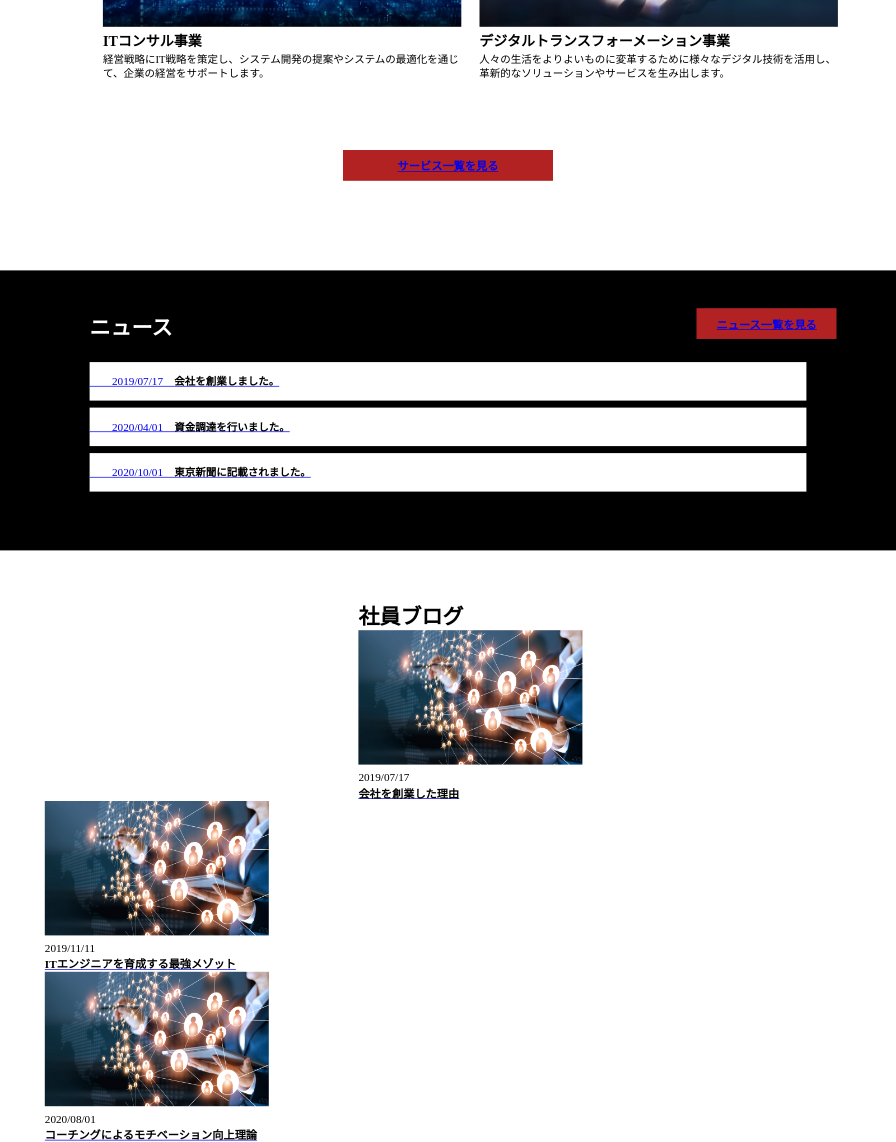
Repository: sigemasaasuka/20211012sigemasa
Page: index.html
The author's editor kept a copy of each file at every save. The page is drawn from the files as they stood at one save, then again after a run of saves.
The browser window is 1280 px wide. The pictures show the part of the page from y = 1626 to 3546 px (the page is 3258 px tall before and 3546 px after), at 70% of full size.

Above is the page before, as saved 2021-10-19 17:56:21.

### index.html
<!DOCTYPE html>
<html lang="ja">

<head>
  <meta charset="UTF-8">
  <meta name="viewport" content="width=device-width, initial-scale=1.0">
  <title>Document</title>

    <link rel="stylesheet" href="css/reset.css">
    <link rel="stylesheet" href="css/index.css">
</head>
<body>
  <header class="header">
    <div class="header-logo">
      <img class="logo" src="img/logo.png" alt="logo">
    </div>
    <nav class="header-nav">
      <ul class="header-nav-list">
        <li class="header-nav-item"><a href="index.html">ホーム</a></li>
        <li class="header-nav-item"><a href="service.html">事業内容</a></li>
        <li class="header-nav-item"><a href="news.html">ニュース</a></li>
        <li class="header-nav-item"><a href="blog.html">社員ブログ</a></li>
        <li class="header-nav-item"><a href="company.html">会社概要</a></li>
        <li class="header-nav-item"><a href="recruit.html">採用情報</a></li>
        <li class="header-nav-item"><a href="contact.html">お問い合わせ</a></li>
      </ul>
    </nav>
  </header>
  <div class="home">
  <div class="home-photo">
    <div class="home-title">
    <p>最新のテクノロジーで社会課題を解決</p>
      <div class="home-title2">
      <p>Solving　issues　with　the　latest　technology</p>
     </div>
    </div>
    </div>
    </div>
    <div class="home-color">
      <div class="hope">
        <p><br><br>株式会社TECHの想い</p>
        <div class="hope2">
          <p>あらゆる産業において、新たなデジタル技術を使ってこれまでにないビジネスモデルを展開する新規参加者が登場し、ゲームチェンジが起ころうとしています。こうした<br>中で、各企業は、競争力維持・強化のために、DXを迅速に進めていくことが求められています。しかし、DXにおいて投資コストは非常にかかります。株式会社TECHでは<br>独自のオペレーションと人材教育により、他社よりも価格を抑えた開発を行います。</p>
        </div>
      </div>
    </div>
    <div class="service">
      <p>サービス</p>
      </div>
      <div class="png1">
      <div class="service1">
        <img  src="img/service1.png"  alt="service1">
        <div class="it">
        <p>IT人材育成事業</p>
        <div class="it2">
        <p>これまでに培った教育手法を生かして、短期間で即戦力のIT人材を育成します。</p>
        </div>
      </div>
      </div>
      <div class="service2">
      <img  src="img/service2.png" alt="service2">
      <div class="coach">
        <p>コーチング事業</p>
        <div class="coach2">
          <p>目標達成を最短で実現するために、プロのコーチによるマンツーマンのサポートを実施します</p>
        </div>
      </div>
      </div>
      </div>
      <div class="png2">
      <div class="service3">
        <img src="img/service3.png" alt="service3">
        <div class="Consultant">
          <p>ITコンサル事業</p>
          <div class="Consultant2">
            <p>経営戦略にIT戦略を策定し、システム開発の提案やシステムの最適化を通じて、企業の経営をサポートします。</p>
          </div>
        </div>
      </div>
      <div class="service4">
        <img src="img/service4.png" alt="service4">
        <div class="formation">
          <p>デジタルトランスフォーメーション事業</p>
          <div class="formation2">
            <p>人々の生活をよりよいものに変革するために様々なデジタル技術を活用し、革新的なソリューションやサービスを生み出します。</p>
          </div>
        </div>
      </div>
      </div>
      <div class="list">
        <a href="service.html">サービス一覧を見る</a>
      </div>
      <div class="news">
        <div class="nesw-list">
          <div class="news-font">
          <p>ニュース</p></div>
          <div class="news-button">
            <a href="news.html">ニュース一覧を見る</a>
          </div>
        </div>
        <div class="news-info1">
          <a href="index.html">　　2019/07/17　<span class="co">会社を創業しました。</span></a></div>
          <div class="news-info2">
          <a href="index.html">　　2020/04/01　<span class="fund">資金調達を行いました。</span></a></div>
          <div class="news-info3">
          <a href="index.html">　　2020/10/01　<span class="newspaper">東京新聞に記載されました。</span></a></div>
      </div>
      <div class="blog">
        <p>社員ブログ</p>
        </div>
        <div class="reason">
        <div class="reason-png">
          <a href="index.html">
            <img src="img/blog.png" alt="blog">
          </a>
          <p class="reason1">2019/07/17</p>
          <a href="index.html"><p class="reason2">会社を創業した理由</p></a>
        </div>
        </div>
        <div class="nurturing">
        <div class="nurturing-png">
          <a href="index.html">
            <img src="img/blog.png" alt="blog">
          </a>
          <p class="nurturing1">2019/11/11</p>
          <a href="index.html">
            <p class="nurturing2">ITエンジニアを育成する最強メゾット</p>
          </a>
        </div>
      </div>
      <div class="coaching">
        <div class="coaching-png">
        <a href="index.html">
          <img src="img/blog.png" alt="blog">
        </a>
        <p class="coaching1">2020/08/01</p>
        <a href="index.html">
          <p class="coaching2">コーチングによるモチベーション向上理論</p>
        </a>
        </div>
        </div>


<script src="js/main.js"></script>
</body>
</html>

### css/reset.css
@charset "UTF-8";
html, body, div, span, applet, object, iframe,
h1, h2, h3, h4, h5, h6, p, blockquote, pre,
a, abbr, acronym, address, big, cite, code,
del, dfn, em, img, ins, kbd, q, s, samp,
small, strike, strong, sub, sup, tt, var,
b, u, i, center,
dl, dt, dd, ol, ul, li,
fieldset, form, label, legend,
table, caption, tbody, tfoot, thead, tr, th, td,
article, aside, canvas, details, embed,
figure, figcaption, footer, header, hgroup,
menu, nav, output, ruby, section, summary,
time, mark, audio, video {
margin: 0;
padding: 0;
border: none;
font-style: normal;
text-align: left;
zoom: 1;
}
article, aside, details, figcaption, figure,
footer, header, hgroup, menu, nav, section {
display: block;
}
table {
border-collapse: collapse;
font-family: inherit;
}
h1,h2,h3,h4,h5 {
font-size: 100%;
font-weight: normal;
line-height: 1;
}
input,textarea,select {
font-family: inherit;
font-size: 16px;
}
input[type="button"],input[type="text"],input[type="submit"] {
 -webkit-appearance: none;
 border-radius: 0;
}
textarea {
resize: none;
-webkit-appearance: none;
border-radius: 0;
}
th,td {
border-collapse: collapse;
}
table th,table td {
white-space: nowrap;
}
ul,ol {
list-style-type: none;
}
img {
vertical-align: text-bottom;
vertical-align: -webkit-baseline-middle;
max-width: 100%;
height: auto;
width /***/:auto;
}

### css/index.css
.logo {
  text-decoration: none;
  color: inherit;
  width: 50%;
}
.header {
  width: 100%;
  display: flex;
  justify-content: space-between;
  align-items: center;
  height: 70px;
  padding: 0 30px;
  position: fixed;
  box-sizing: border-box;
  background-color: #fff;
  color: #000;
}

.a {
  text-decoration: none;
}

.header-ttl {
  font-size: 24px;
  width: 80px;
}

.header-nav-list {
  display: flex;
  font-weight: bold;
}

.header-nav-item:not(:last-child) {
  margin-right: 30px;
}

.home-photo {
  position: relative;
  padding-top: calc(250 / 683 * 100%); /* calc(画像高さ ÷ 画像横幅 × 100%) */
  background: url(../img/mv.png) center center / cover no-repeat;
}

.home-title {
  display: flex;
  flex-direction: column;
  position: absolute;
  font-size: 50px;
  margin-left: 20%;
  top: 40%;
  font-weight: bolder;
  color: #fff;
}

.home-title2 {
  display: flex;
  position: absolute;
  font-size: 20px;
  margin-top: 45px;
  margin-left: 23%;
  top: 40%;
  font-weight: bold;
  color: #fff;
}

.home-color {
  background-color: #000;
  height: 300px;
}

.hope {
  top: 30%;
  display: flex;
  flex-direction: column;
  font-weight: bolder;
  font-size: 30px;
  margin-left: 10%;
  color: #fff;
}

.hope2 {
  display: flex;
  font-size: 15px;
  margin-top: 20px;
  font-weight: normal;
  color: #fff;
}

.service {
  margin-top: 5%;
  margin-left: 45%;
  font-size: 35px;
  font-weight: bolder;
}

.png1 {
  display: flex;
  justify-content: center;
}

.service1 {
  margin-top: 5%;
  margin-left: 5%;
  width: 40%;
}

.it {
  margin-top: 1%;
  font-size: 20px;
  font-weight: bolder;
}

.it2 {
  font-size: 15px;
  font-weight: normal;
}

.service2 {
  margin-top: 3%;
  margin-left: 2%;
  width: 40%;
}

.coach {
  margin-top: 1%;
  font-size: 20px;
  font-weight: bolder;
}

.coach2 {
  font-size: 15px;
  font-weight: normal;
}

.png2 {
  display: flex;
  justify-content: center;
}

.service3 {
  margin-top: 2%;
  margin-left: 5%;
  width: 40%;
}

.Consultant {
  margin-top: 1%;
  font-size: 20px;
  font-weight: bolder;
}

.Consultant2 {
  font-size: 15px;
  font-weight: normal;
}

.service4 {
  margin-top: 2%;
  margin-left: 2%;
  width: 40%;
}

.formation {
  margin-top: 1%;
  font-size: 20px;
  font-weight: bolder;
}

.formation2 {
  font-size: 15px;
  font-weight: normal;
}

.list {
  width: 300px;
  padding: 10px 0;
  color: #fff;
  font-weight: bold;
  background: #b22222;
  text-align: center;
  margin: 100px auto 0;
  display: block;
}

.news {
  margin-top: 10%;
  background-color: #000;
  height: 400px;
}

.nesw-list {
  margin-left: 10%;
  display: flex;
  justify-content: flex-start;
  align-items: center;
}

.news-font {
  font-weight: bold;
  font-size: 30px;
  color: #fff;
  margin-top: 5%;
}

.news-button {
  color: #fff;
  margin-top: 50px;
  margin-left: 65%;
  width: 200px;
  padding: 10px 0;
  font-weight: bold;
  background: #b22222;
  text-align: center;
  display: block;
}

.news-info1 {
  margin-top: 30px;
  margin-left: 10%;
  width: 80%;
  height: 35px;
  padding: 10px 0;
  background: #fff;
  line-height: 35px;
  display: block;
  color: #000;
}
.co {
  font-size: 15px;
  font-weight: bold;
  color: #000;
}

.news-info2 {
  margin-top: 10px;
  margin-left: 10%;
  width: 80%;
  height: 35px;
  padding: 10px 0;
  background: #fff;
  line-height: 35px;
  display: block;
  color: #000;
}
.fund {
  font-size: 15px;
  font-weight: bold;
  color: #000;
}

.news-info3 {
  margin-top: 10px;
  margin-left: 10%;
  width: 80%;
  height: 35px;
  padding: 10px 0;
  background: #fff;
  line-height: 35px;
  display: block;
  color: #000;
}
.newspaper {
  font-size: 15px;
  font-weight: bold;
  color: #000;
}

.blog {
  margin-top: 70px;
  margin-left: 40%;
  font-size: 30px;
  font-weight: bolder;
}

.reason{
  display: flex;
  justify-content: center;
}
.reason-png {
  width: 25%;
  margin-left: 5%;
}

.reason1{
  margin-top: 10px;
  color: #000;
}

.reason2 {
  font-weight: bolder;
  color: #000;
}

.nurturing-png {
  width: 25%;
  margin-left: 5%;
}

.nurturing1 {
  margin-top: 10px;
  color: #000;
}

.nurturing2 {
  font-weight: bolder;
  color: #000;
}

.coaching-png {
  width: 25%;
  margin-left: 5%;
}

.coaching1 {
  margin-top: 10px;
  color: #000;
}

.coaching2 {
  font-weight: bolder;
  color: #000;
}

Loaded but not shown: js/main.js (no stored copy; drawn as an empty file)

After the next 2 saves:
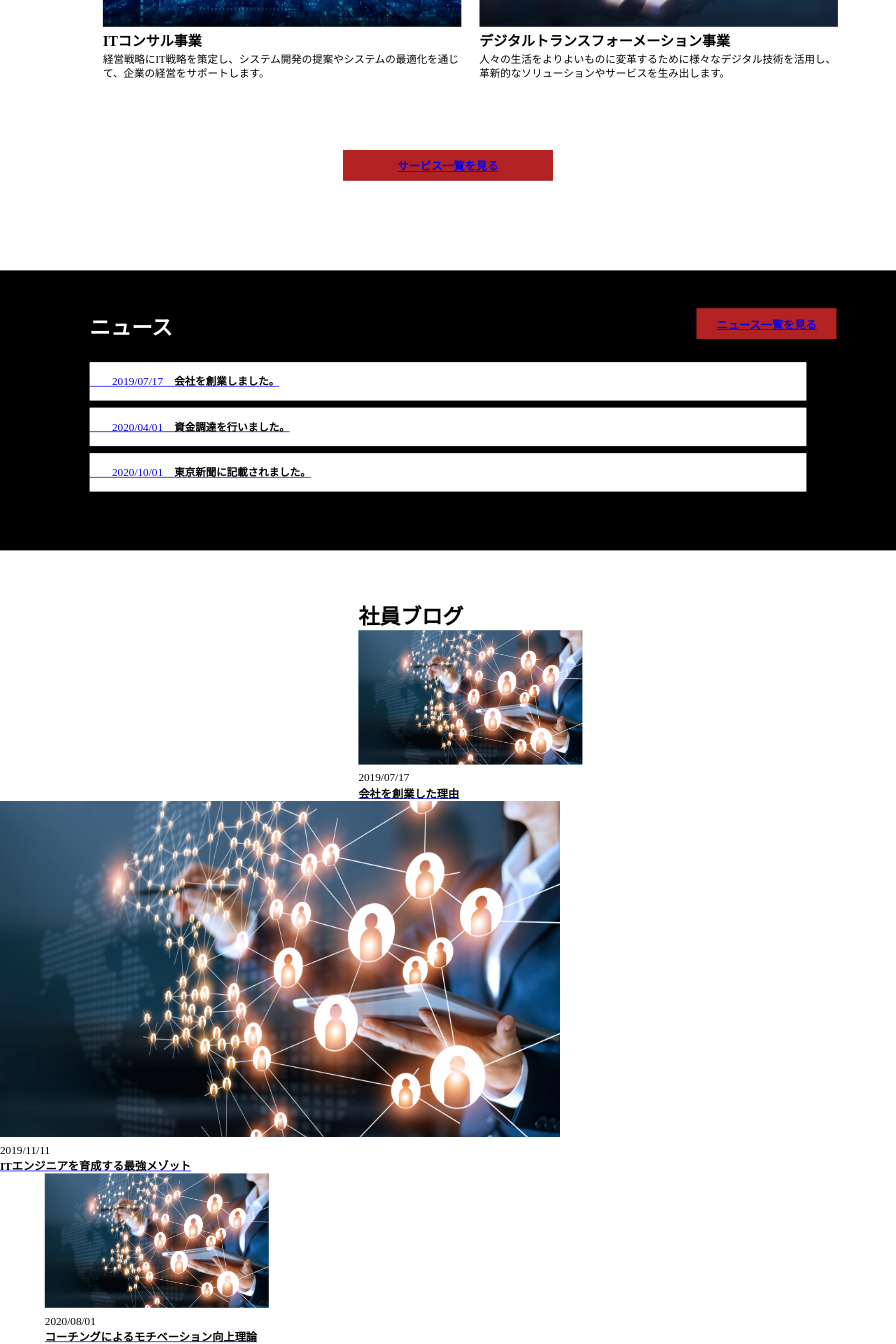
The 2 saves are shown as one change because they came seconds apart.
The last was saved 9 s later.
--- a/css/index.css
+++ b/css/index.css
@@ -290,6 +290,7 @@
   color: #000;
 }
 
+.home-photo
 .nurturing-png {
   width: 25%;
   margin-left: 5%;

After the 2 saves that followed:
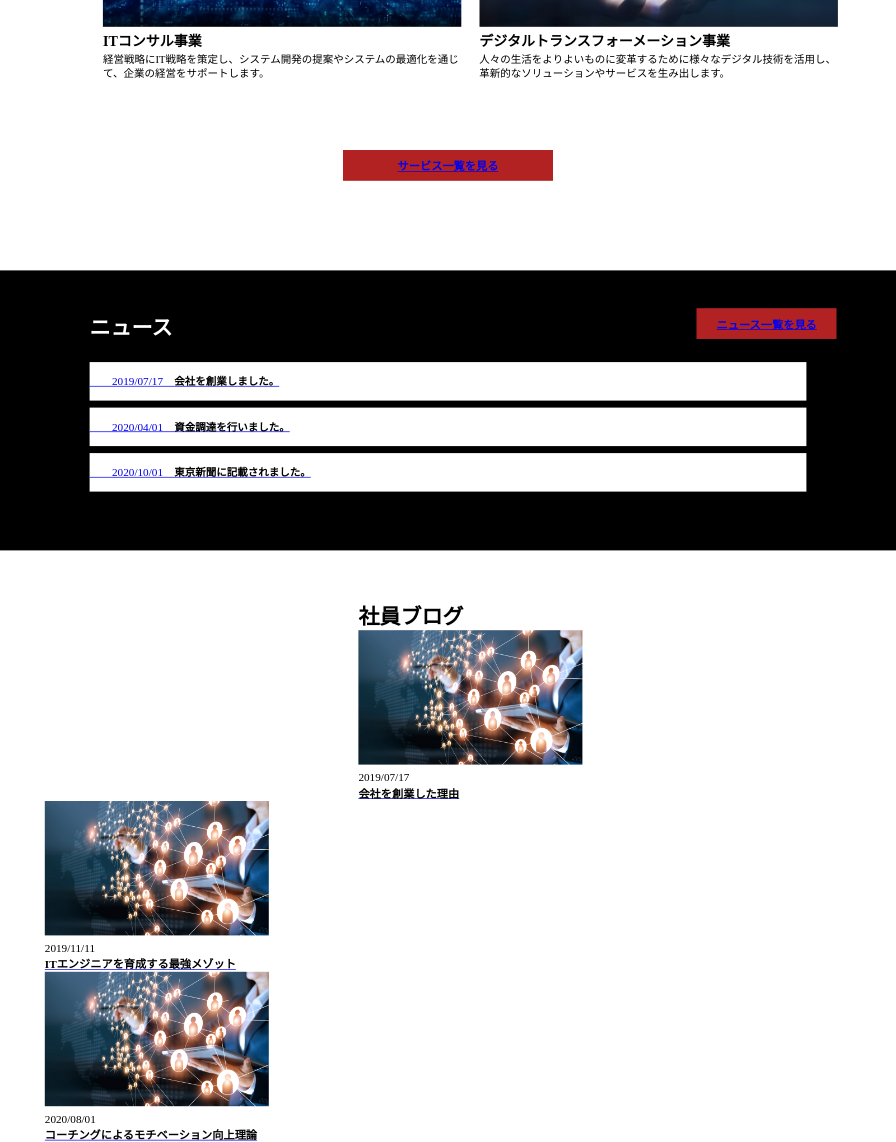
The 2 saves are shown as one change because they came seconds apart.
The last was saved 6 s later.
--- a/css/index.css
+++ b/css/index.css
@@ -290,7 +290,9 @@
   color: #000;
 }
 
-.home-photo
+.nurturing{
+
+}
 .nurturing-png {
   width: 25%;
   margin-left: 5%;
